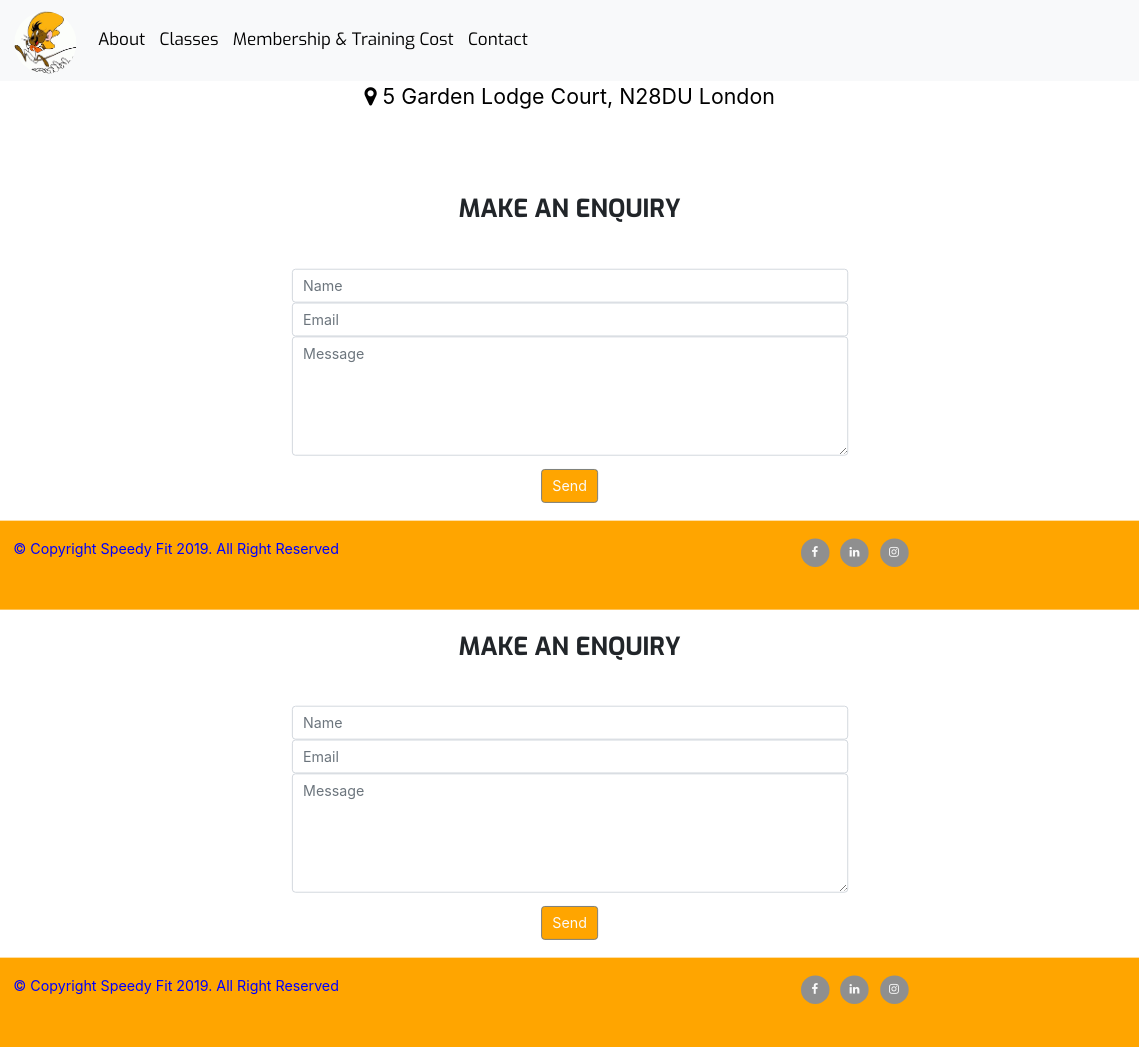
Repository: marcomoreschi/Milestrone-project
Page: classes.html
The author's editor kept a record of every edit. The page is drawn from the files as they stood at one moment, then again after the next edit.
The browser window is 1280 px wide. The pictures show the whole page, at 89% of full size.
Some web libraries are served in a nearby version.

Above is the page before.

### classes.html
<!DOCTYPE html>
<html lang="en">

<head>
    <meta charset="UTF-8">
    <meta name="viewport" content="width=device-width, initial-scale=1.0">
    <meta http-equiv="X-UA-Compatible" content="ie=edge">
    <link rel="stylesheet" href="https://maxcdn.bootstrapcdn.com/bootstrap/4.2.1/css/bootstrap.min.css" type="text/css" />
    <link rel="stylesheet" href="https://maxcdn.bootstrapcdn.com/font-awesome/4.7.0/css/font-awesome.min.css" type="text/css" />
    <link rel="stylesheet" href="https://cdnjs.cloudflare.com/ajax/libs/hover.css/2.1.1/css/hover-min.css" type="text/css" />
    <link rel="stylesheet" href="assets/css/style.css">
    <title>Speedy Fit</title>
</head>

<body>

    <header>

        <nav class="navbar navbar-expand-lg navbar-light bg-light">
            <a class="navbar-brand" href="index.html">
      <img src="assets/images/logo.jpg"></img>
        </a>
            <button class="navbar-toggler" type="button" data-toggle="collapse" data-target="#navbarNavDropdown" aria-controls="navbarNavDropdown" aria-expanded="false" aria-label="Toggle navigation">
    <span class="navbar-toggler-icon"></span>
  </button>
            <div class="collapse navbar-collapse" id="navbarNavDropdown">
                <ul class="navbar-nav">
                    <li class="nav-item active">
                        <a class="nav-link" href="index.html">About<span class="sr-only">(current)</span></a>
                    </li>
                    <li class="nav-item">
                        <a class="nav-link" href="classes.html">Classes</a>
                    </li>
                    <li class="nav-item">
                        <a class="nav-link" href="membership&trainingcost.html">Membership & Training Cost</a>
                    </li>
                    <li class="nav-item">
                        <a class="nav-link" href="contact.html">Contact</a>
                    </li>
                </ul>
            </div>
        </nav>

    </header>

    <section class="container location-gym">
        <p> <i class="fa fa-map-marker" aria-hidden="true"></i> 5 Garden Lodge Court, N28DU London</p>
 </section>


  </section>
    <section class="container-fluid">
        <div class="row bg-color-contact">
            <div class="col">
                <h3 class="contact-heading">Make an enquiry</h3>

                <div class="center-form">
                    <form>
                        <input type="text" name="name" id="fullname" class="form-control" placeholder="Name" required />
                        <input type="email" name="email" id="fullname" class="form-control" placeholder="Email" required />
                        <textarea rows="5" type="email" name="message" id="message" class="form-control" placeholder="Message" required></textarea>
                        <div class="form-row text-center">
                            <div class="col">
                                <button type="submit" class="btn btn-secondary">Send</button>
                            </div>
                        </div>
                    </form>
                </div>
            </div>
        </div>
    </section>

    <footer class="container-fluid ">
        <div id="footer-details " class="row ">
            <div class="col-sm-6 ">
                <p class="copyright">&#169; Copyright Speedy Fit 2019. All Right Reserved</p>
            </div>
            <div class="col-sm-6 ">
                <ul class="list-inline social-links ">
                    <li class="list-inline-item ">
                        <a target="_blank " href="# ">
                            <i class="fa fa-facebook " aria-hidden="true "></i>
                            <span class="sr-only ">Facebook</span>
                        </a>
                    </li>
                    <li class="list-inline-item ">
                        <a target="_blank " href="#">
                            <i class="fa fa-linkedin " aria-hidden="true "></i>
                            <span class="sr-only ">LinkedIn</span>
                        </a>
                    </li>
                    <li class="list-inline-item ">
                        <a target="_blank " href="# ">
                            <i class="fa fa-instagram " aria-hidden="true "></i>
                            <span class="sr-only ">Instagram</span>
                        </a>
                    </li>
                </ul>
            </div>
        </div>
        </div>
        </div>
    </footer>


    <!-- Bootstraps Link -->
<script src="https://code.jquery.com/jquery-3.3.1.slim.min.js" integrity="sha384-q8i/X+965DzO0rT7abK41JStQIAqVgRVzpbzo5smXKp4YfRvH+8abtTE1Pi6jizo" crossorigin="anonymous"></script>
<script src="https://cdnjs.cloudflare.com/ajax/libs/popper.js/1.14.6/umd/popper.min.js" integrity="sha384-wHAiFfRlMFy6i5SRaxvfOCifBUQy1xHdJ/yoi7FRNXMRBu5WHdZYu1hA6ZOblgut" crossorigin="anonymous"></script>
<script src="https://stackpath.bootstrapcdn.com/bootstrap/4.2.1/js/bootstrap.min.js" integrity="sha384-B0UglyR+jN6CkvvICOB2joaf5I4l3gm9GU6Hc1og6Ls7i6U/mkkaduKaBhlAXv9k" crossorigin="anonymous"></script>

</body>

</html>


    <section class="container-fluid">
        <div class="row bg-color-contact">
            <div class="col">
                <h3 class="contact-heading">Make an enquiry</h3>

                <div class="center-form">
                    <form>
                        <input type="text" name="name" id="fullname" class="form-control" placeholder="Name" required />
                        <input type="email" name="email" id="fullname" class="form-control" placeholder="Email" required />
                        <textarea rows="5" type="email" name="message" id="message" class="form-control" placeholder="Message" required></textarea>
                        <div class="form-row text-center">
                            <div class="col">
                                <button type="submit" class="btn btn-secondary">Send</button>
                            </div>
                        </div>
                    </form>
                </div>
            </div>
        </div>
    </section>





    <footer class="container-fluid ">
        <div id="footer-details " class="row ">
            <div class="col-sm-6 ">
                <p class="copyright">&#169; Copyright Speedy Fit 2019. All Right Reserved</p>
            </div>
            <div class="col-sm-6 ">
                <ul class="list-inline social-links ">
                    <li class="list-inline-item ">
                        <a target="_blank " href="# ">
                            <i class="fa fa-facebook " aria-hidden="true "></i>
                            <span class="sr-only ">Facebook</span>
                        </a>
                    </li>
                    <li class="list-inline-item ">
                        <a target="_blank " href="#">
                            <i class="fa fa-linkedin " aria-hidden="true "></i>
                            <span class="sr-only ">LinkedIn</span>
                        </a>
                    </li>
                    <li class="list-inline-item ">
                        <a target="_blank " href="# ">
                            <i class="fa fa-instagram " aria-hidden="true "></i>
                            <span class="sr-only ">Instagram</span>
                        </a>
                    </li>
                </ul>
            </div>
        </div>
        </div>
        </div>
    </footer>


    <!-- Bootstraps Link -->
<script src="https://code.jquery.com/jquery-3.3.1.slim.min.js" integrity="sha384-q8i/X+965DzO0rT7abK41JStQIAqVgRVzpbzo5smXKp4YfRvH+8abtTE1Pi6jizo" crossorigin="anonymous"></script>
<script src="https://cdnjs.cloudflare.com/ajax/libs/popper.js/1.14.6/umd/popper.min.js" integrity="sha384-wHAiFfRlMFy6i5SRaxvfOCifBUQy1xHdJ/yoi7FRNXMRBu5WHdZYu1hA6ZOblgut" crossorigin="anonymous"></script>
<script src="https://stackpath.bootstrapcdn.com/bootstrap/4.2.1/js/bootstrap.min.js" integrity="sha384-B0UglyR+jN6CkvvICOB2joaf5I4l3gm9GU6Hc1og6Ls7i6U/mkkaduKaBhlAXv9k" crossorigin="anonymous"></script>

</body>

</html>

### assets/css/style.css
@import url('https://fonts.googleapis.com/css?family=Roboto:100,200,300,400,500,600,700|Exo:100,200,300,400,500,600,700');


/* -----------------------------------------Heading */

.navbar {
    margin-bottom: 0;
    border: 0;
    background-color: black;
    text-align: center;
}

.navbar-brand {
    height: 75px;
}

.navbar-brand img {
    width: 70px;
    height: 70px;
    border-radius: 50%;
}

.nav-item a {
    font-size: 1.2em;
    font-family: 'Exo', sans-serif;
    color: black !important;
}

.navbar ul li a:hover {
    color: #ffa500 !important;
    transition: all 0.35s ease-in-out;
    -moz-transition: all 0.35s ease-in-out;
    -webkit-transition: all 0.35s ease-in-out;
    -o-transition: all 0.35s ease-in-out;
}

/* -----------------------------------------About */

.rope {
    width: 100%;
    height: 600px;
}

.container h2 {
    text-align: center;
    padding-top: 30px;
    color: #000;
    text-transform: uppercase;
}

.container p {
    text-align: center;
    padding-bottom: 50px;
    color: #000;
    font-size: 1.5em;
}
/* -----------------------------------------Contact Form */


.container-fluid h3 {
    text-transform: uppercase;
    font-weight: bold;
    text-align: center;
}
.contact-heading {
    font-family: "Exo", sans-serif;
    font-weight: 300;
    margin-top: 25px;
    margin-bottom: 20px;
}

.center-form {
    padding-top: 20px;
    margin: 0 auto;
    max-width: 70%;
}

button[type="submit"] {
    margin-top: 15px;
    margin-bottom: 20px;
    color: #fafafa;
    background-color: #ffa500;
}

/* create media queries so it look good on mobilephone */
@media(min-width: 992px) {
    .center-form {
        padding-top: 30px;
        min-height: 240px;
        margin: 0 auto;
        max-width: 50%;
    }
}

/* -----------------------------------------Footer */

footer {
    background-color: #ffa500;
    color: #fafafa;
    min-height: 100px;
    margin: 0;
}

.social-links {
    padding-top: 20px;
    text-align: center;
}

.social-links li a i {
    width: 32px;
    height: 32px;
    padding: 12px 0;
    border-radius: 50%;
    font-size: 13px;
    line-height: 7px;
    text-align: center;
    color: #fafafa;
    background: #8f8f8f;
    transition: all 0.35s ease-in-out;
    -moz-transition: all 0.35s ease-in-out;
    -webkit-transition: all 0.35s ease-in-out;
    -o-transition: all 0.35s ease-in-out;
}

.social-links li a i:hover {
    background: #e84610;
}

.copyright {
    color: blue;
    padding-top: 20px;
}

After the next edit:
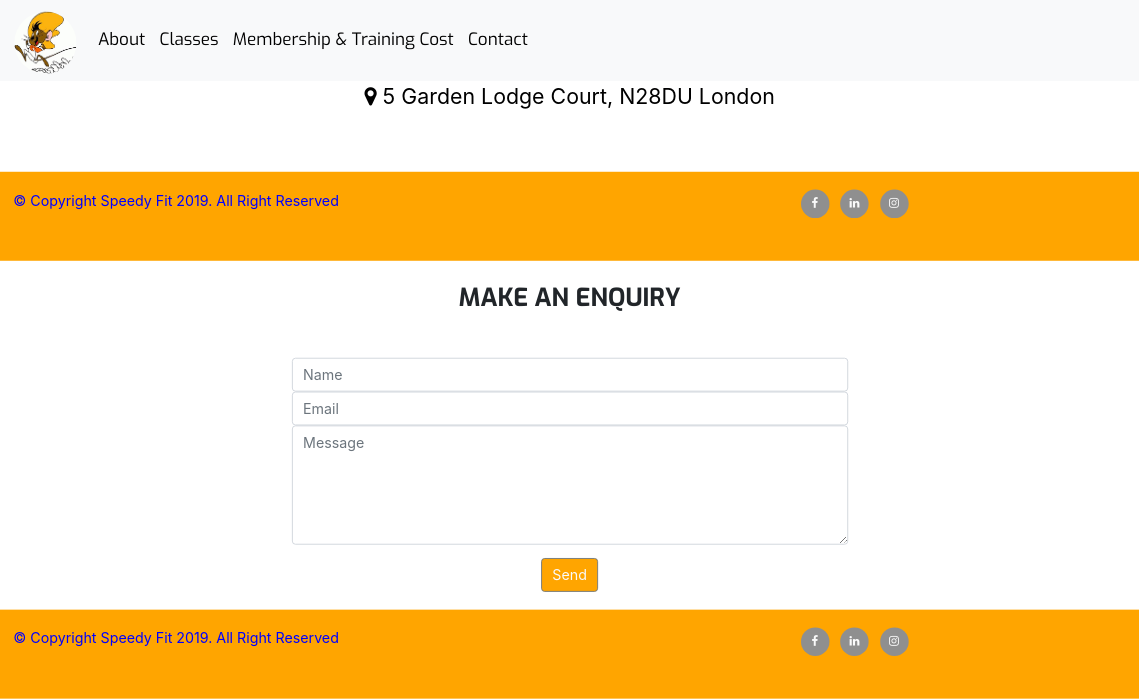
The edit:
--- a/classes.html
+++ b/classes.html
@@ -49,26 +49,7 @@
 
 
   </section>
-    <section class="container-fluid">
-        <div class="row bg-color-contact">
-            <div class="col">
-                <h3 class="contact-heading">Make an enquiry</h3>
 
-                <div class="center-form">
-                    <form>
-                        <input type="text" name="name" id="fullname" class="form-control" placeholder="Name" required />
-                        <input type="email" name="email" id="fullname" class="form-control" placeholder="Email" required />
-                        <textarea rows="5" type="email" name="message" id="message" class="form-control" placeholder="Message" required></textarea>
-                        <div class="form-row text-center">
-                            <div class="col">
-                                <button type="submit" class="btn btn-secondary">Send</button>
-                            </div>
-                        </div>
-                    </form>
-                </div>
-            </div>
-        </div>
-    </section>
 
     <footer class="container-fluid ">
         <div id="footer-details " class="row ">
